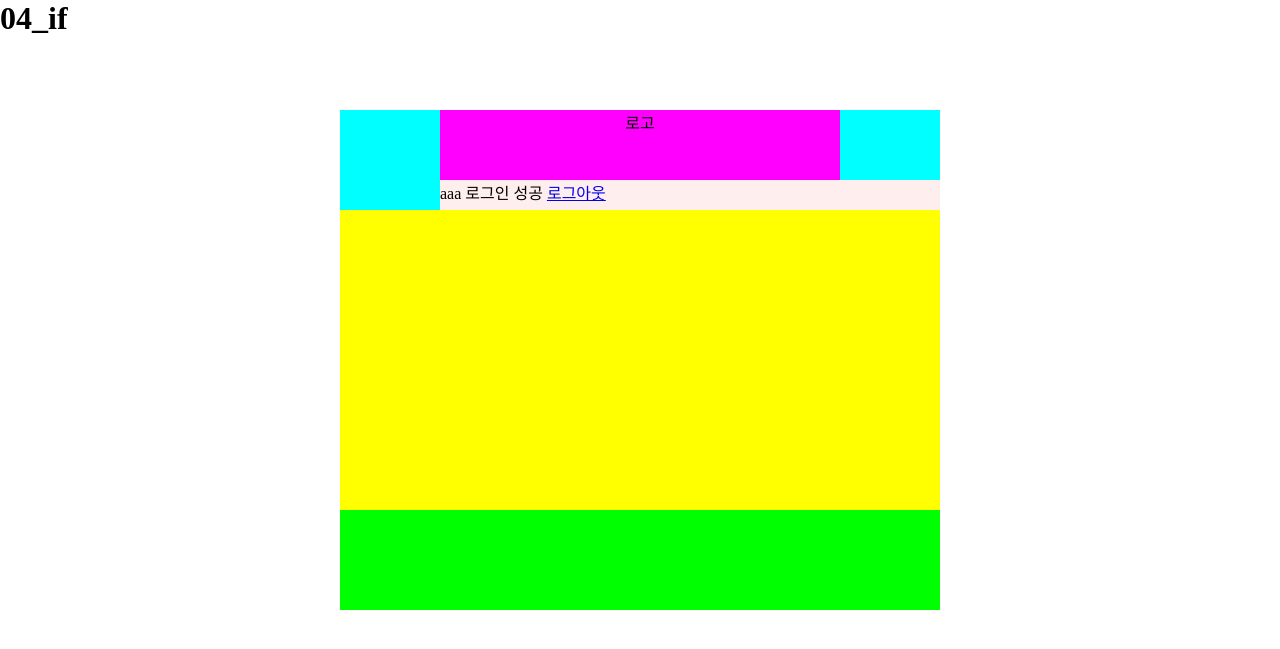
Repository: psun2/Korea-IT-Academy
Page: (back up) _ 오전/study_a/web_work/scriptProj/WebContent/first/04_if.html
An editor plug-in stored every save of this project. The page is shown before and after the next save, followed by the edit.
The browser window is 1280 px wide. The pictures show the whole page.

Above is the page before, as saved 2020-07-30 04:51:23.

### (back up) _ 오전/study_a/web_work/scriptProj/WebContent/first/04_if.html
<!DOCTYPE html>
<html>
<head>
<meta charset="UTF-8">
<title>04_if</title>
<style>
html, body{
	width:100%;
	height:100%;
}
*{
	margin:0;
	padding:0;
}
.wrapper{
	/*margin:0 auto;*/
	left: 50%;
	top: 50%;
	margin-left:-300px;
	margin-top:-250px;
	position: absolute;
	width:600px;
	height: 500px;
	background: #f00;
}
header{
	width:100%;
	height: 100px;
	background: #0ff;
}
section{
	width:100%;
	height: 300px;
	background: #ff0;
}
footer{
	width:100%;
	height: 100px;
	background: #0f0;
}
.logo{
	width:400px;
	height:70px;
	background: #f0f;
	margin:0 auto;
	text-align: center;
}
.loginDiv{
	width:500px;
	height:30px;
	background: #fee;
	float:right;

}

</style>
<script>

	var pid = 'aaa'

	var logData = ''
	if(pid) {

		logData = pid+' 로그인 성공 <a href="logout">로그아웃</a>';
	}else{
		logData = '<form action="login">' +
			'<label >id <input name="id" type="text" /></label>' +
			'<label >pw <input name="pw" type="password" /></label>' +
			'<input type="submit" value="로그인"/></form>';
	}
</script>
</head>
<body>
<h1>04_if</h1>
<div class="wrapper">
	<header>
		<div class='logo'>로고</div>
		<div class='loginDiv'>
		<script>
			document.write(logData )
		</script>

		</div>

	</header>
	<section></section>
	<footer></footer>
</div>
</body>
</html>

After the next save:
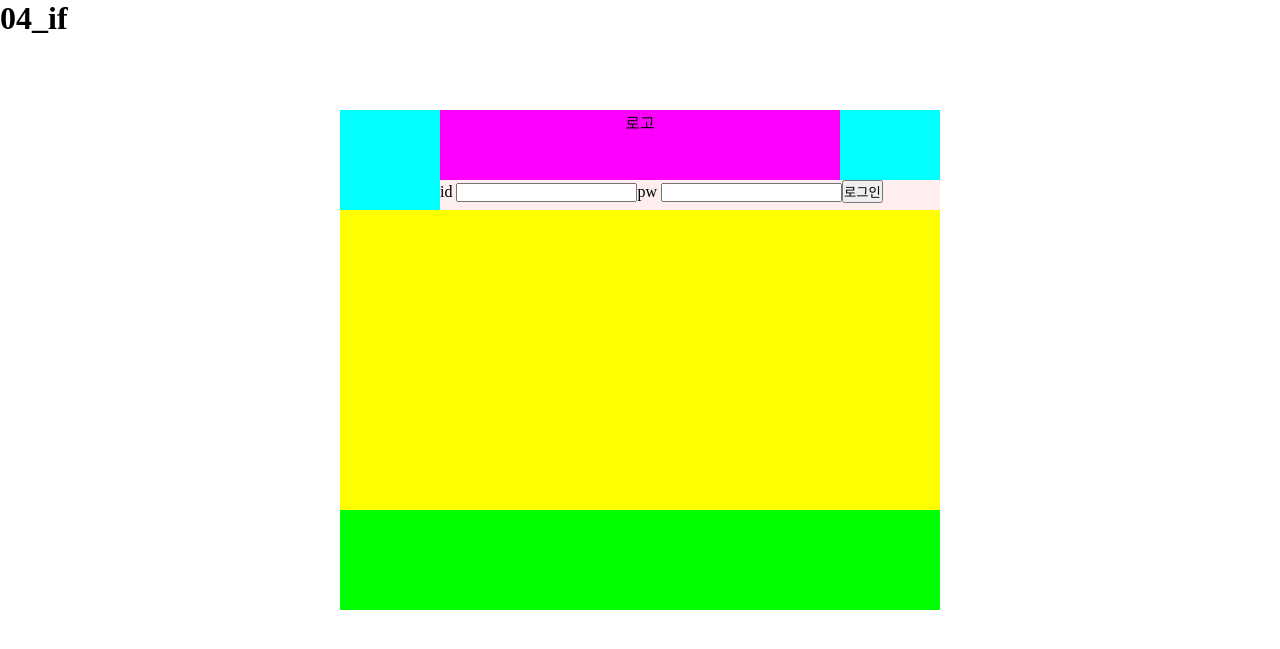
Saved 13 s later.
--- a/(back up) _ 오전/study_a/web_work/scriptProj/WebContent/first/04_if.html
+++ b/(back up) _ 오전/study_a/web_work/scriptProj/WebContent/first/04_if.html
@@ -56,7 +56,7 @@ footer{
 </style>
 <script>
 
-	var pid = 'aaa'
+	var pid = ''
 
 	var logData = ''
 	if(pid) {
